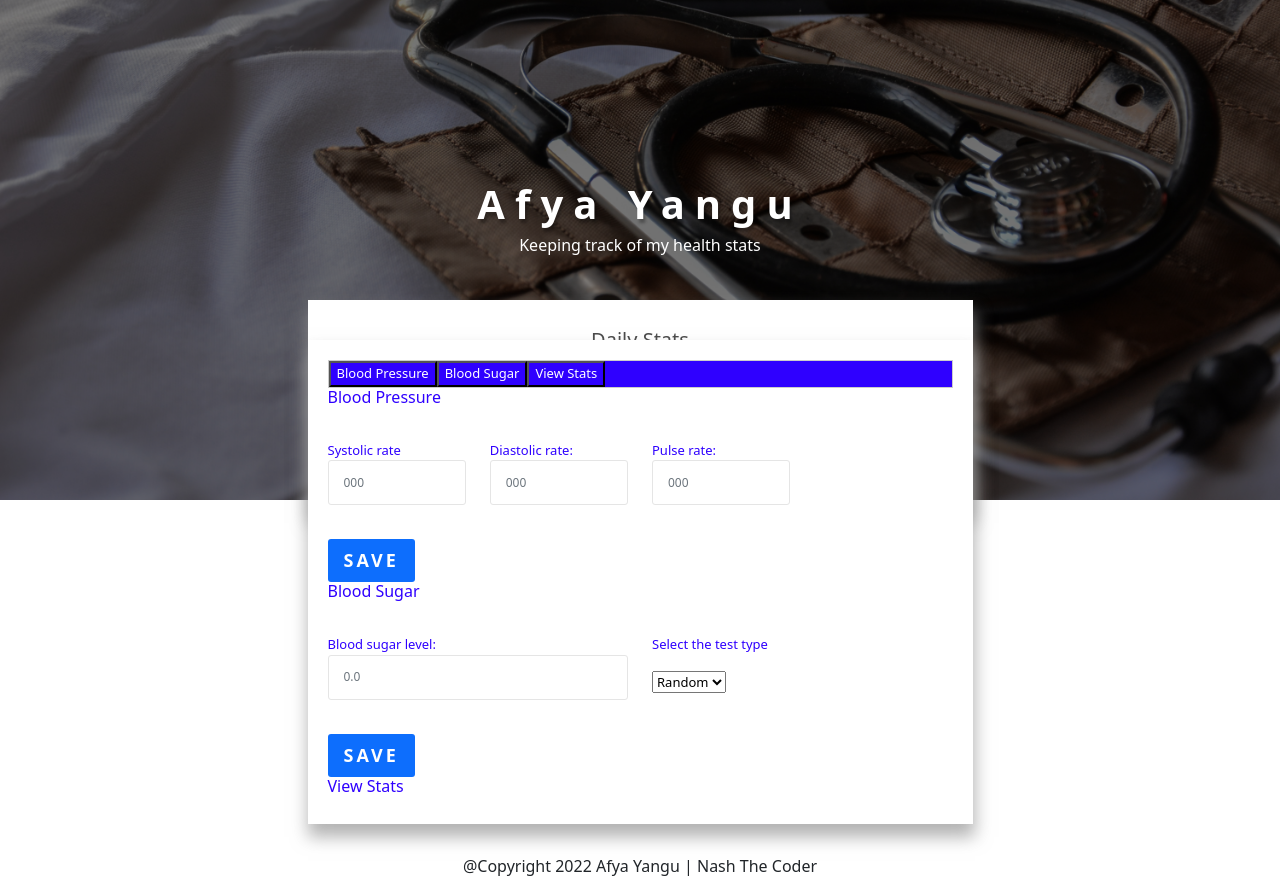
Repository: nashthecoder/afya_yangu
Page: / (app in client/)
An editor plug-in stored every save of this project. The page is shown before and after the next save, followed by the edit.
The browser window is 1280 px wide. The pictures show the whole page.
The project was rebuilt for these pictures with package versions that can differ from the ones it lists, and the page was loaded fresh each time.

Above is the page before, as saved 2022-03-17 08:26:35.

After the next save:
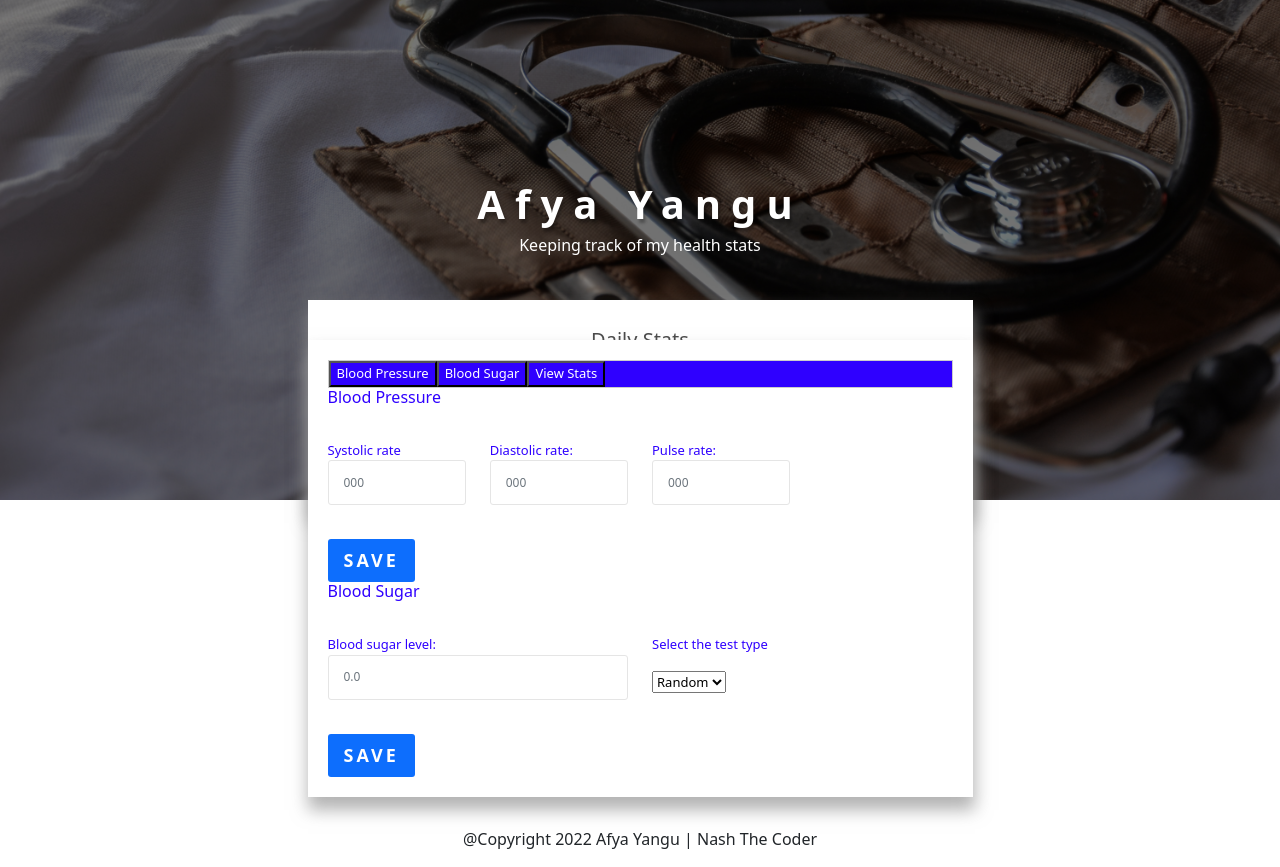
Saved 2 min 56 s later.
--- a/client/src/components/Form.js
+++ b/client/src/components/Form.js
@@ -98,8 +98,6 @@ const Form = () => {
                                     </div>
                                 </form>
                                 </div>
-                                <div className="tabContent">
-                                <h4>View Stats</h4></div>
                             </div>
                         </div>
                     </div>
